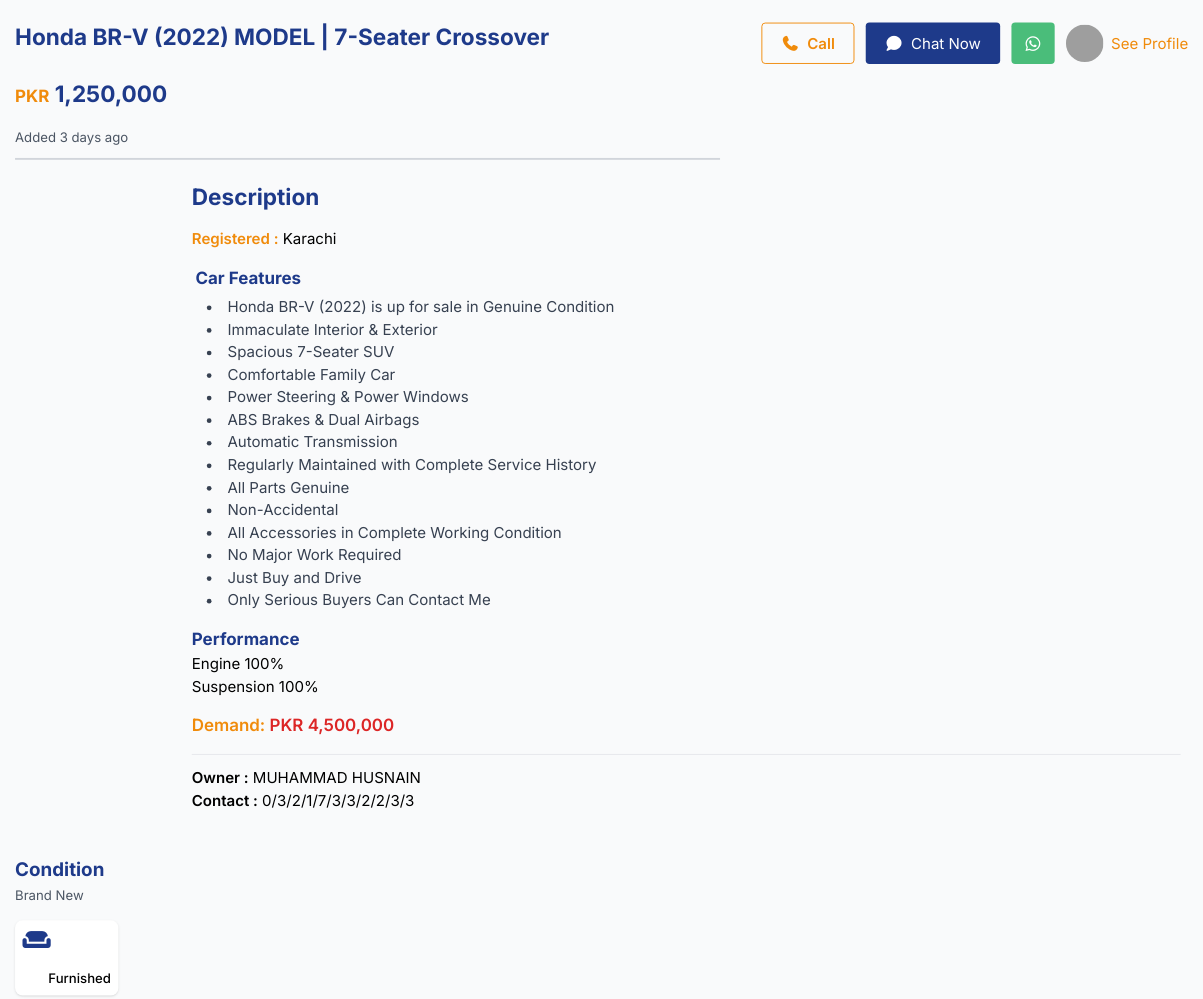
Repository: ARFA-SAEED/miljayega
Page: src/motorsPage/bikes_1.html
These files come from the project's save history. The page is drawn as it stood at one moment and after the next save; the edit follows.
The browser window is 1280 px wide. The pictures show the part of the page from y = 633 to 1696 px (the page is 2678 px tall), at 94% of full size.
Pictures or frames that could not be fetched are drawn as grey boxes. A picture or video elsewhere on the page could not be fetched, so the positions and the page height are approximate. Some web fonts or font styles are not loaded; a fallback is used. Some web libraries are served in a nearby version.

Above is the page before, as saved 2025-08-25 13:29:29.

After the next save:
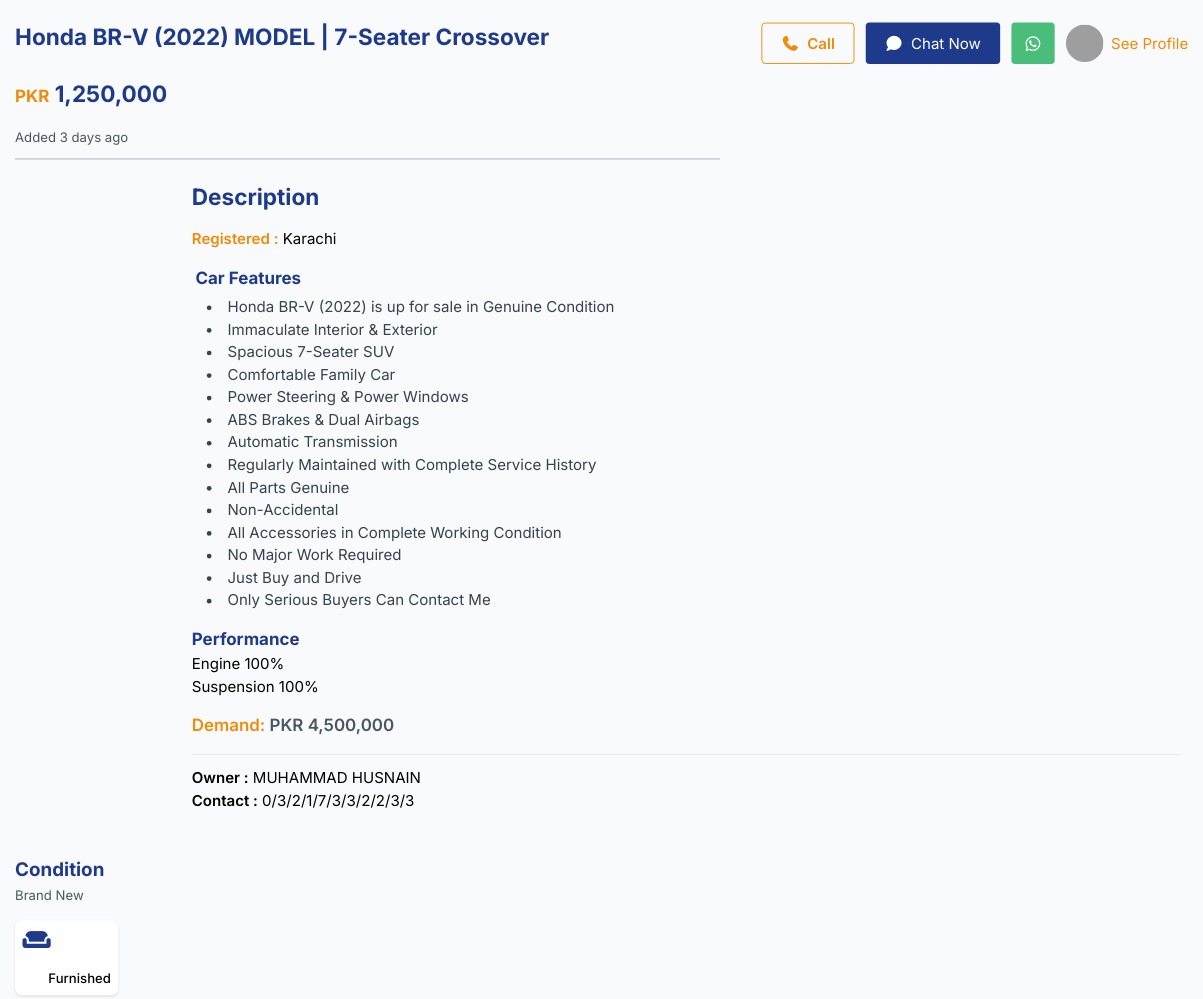
Saved 19 s later.
--- a/src/motorsPage/bikes_1.html
+++ b/src/motorsPage/bikes_1.html
@@ -176,7 +176,7 @@
             <p>Engine 100% <br> Suspension 100%</p>
         </div>
 
-        <p class="text-lg font-semibold text-[#F08B0B]">Demand: <span class="text-red-600">PKR 4,500,000</span></p>
+        <p class="text-lg font-semibold text-[#F08B0B]">Demand: <span class="text-gray-600">PKR 4,500,000</span></p>
 
         <div class="border-t pt-3">
             <p><span class="font-semibold">Owner :</span> MUHAMMAD HUSNAIN</p>
